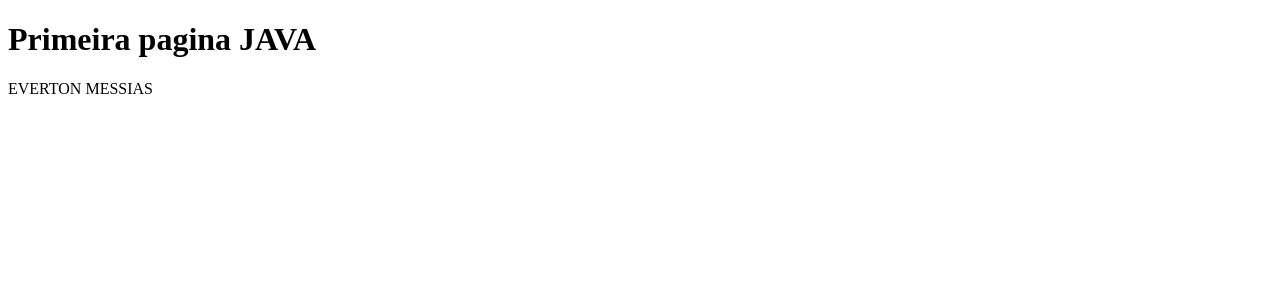
Repository: evertonmessias/java
Page: http://localhost/java11/
The author's editor kept a copy of each file at every save. The page is drawn from the files as they stood at one save, then again after the next save.
The browser window is 1280 px wide. The pictures show the whole page.
The page is served by Tomcat 9.

Above is the page before, as saved 2020-03-13 02:27:12.

After the next save:
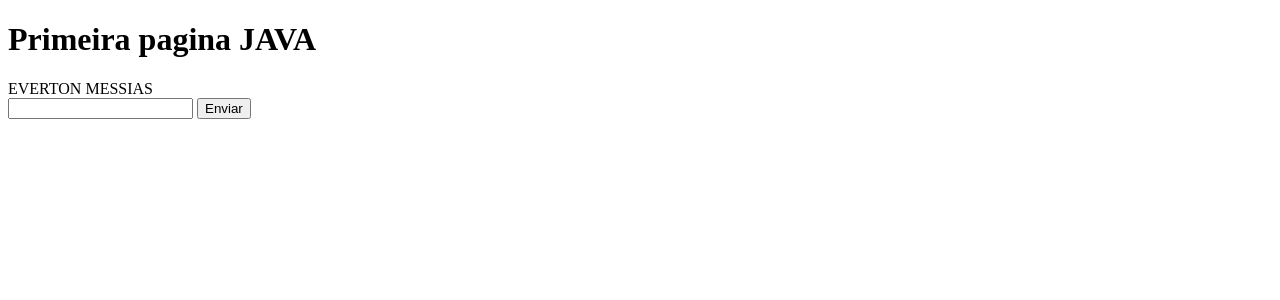
Saved 2 min 11 s later.
--- a/java11/WebContent/index.jsp
+++ b/java11/WebContent/index.jsp
@@ -9,5 +9,9 @@
 <body>
 <h1>Primeira pagina JAVA</h1>
 <% out.print("EVERTON MESSIAS"); %>
+<form action="receber.jsp">
+<input type="text" id="nome" name="nome"/>
+<input type="submit" value="Enviar"/>
+</form>
 </body>
 </html>
